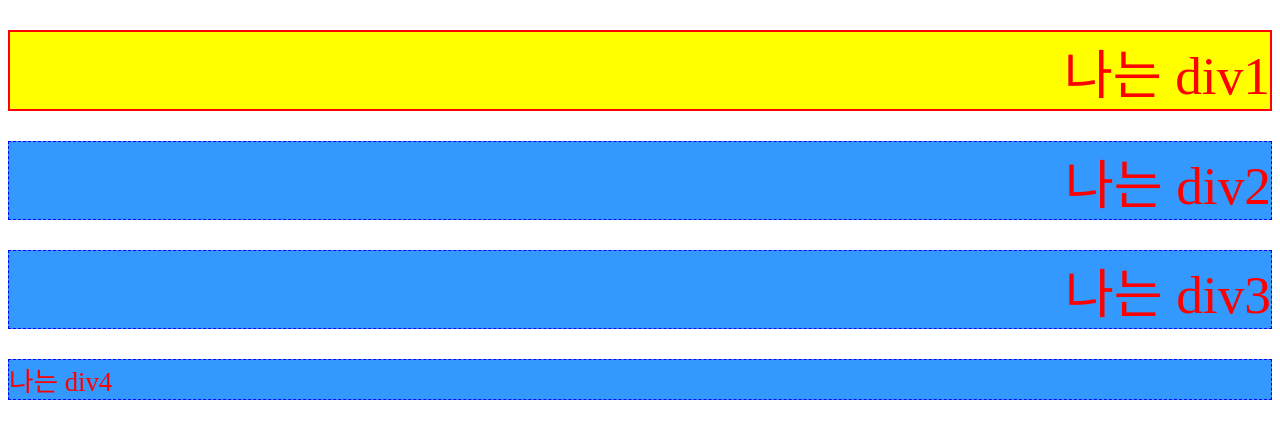
Repository: raccoon304/gugkbi_jsp
Page: HTML5/src/main/webapp/ch01_cssOrder/cssOrder.html
An editor plug-in stored every save of this project. The page is shown before and after the next save, followed by the edit.
The browser window is 1280 px wide. The pictures show the whole page.

Above is the page before, as saved 2025-11-13 08:18:45.

### HTML5/src/main/webapp/ch01_cssOrder/cssOrder.html
<!DOCTYPE html>
<html>
<head>
<meta charset="UTF-8">
<title>CSS(Cascading Style Sheets)의 우선순위에 대해서 알아본다.</title>
<!-- 절대경로 방식(출발점이 dynamic project명 부터 출발함.) -->
<!--link rel="stylesheet" href="/HTML5/ch01_cssOrder/mycss.css"-->
<!-- 상대경로 방식 (출발점이 현재 파일인 cssOrder.html 파일이 저장되어진 경로부터 출발)
./ 가 형재 경로응 뜻하며, 생략 가능함.-->
<link rel="stylesheet" href="./mycss.css">

<style type="text/css">
	/* css주석문 */
	/*
		===== CSS(Cascading Style Sheets)의 우선순위 =====
		해당 태그에 직접준것(인라인방식) > HTML 파일에서 준 style태그(임배디드방식) 외부에있는 .css파일을 load한것(예: <link rel="stylesheet" href="./mycss.css"> )
	*/
	div{
		border: dashed 1px blue; /* 테두리 : 점선 두께 1px 파랑색 */
		background-color: #3399ff; 	/* 배경색 : 하늘색*/
		color: red;					/* 글자색 : 빨간색 */
		font-style: normal;			/* 폰트모양 : 정자 */
		text-align: right;			/* 글자정렬 */
		/*margin: 30px 30px 20px 20px; /* 바깥 여백 : 상 우 하 좌  */
		/*margin: 30px 50px;			/* 바깥 여백 : 상하 우좌  */
		margin: 30px;				/* 바깥 여백 : 상우하좌 전체 */
		margin: 30px 0;				/* 바깥 여백 : 상하 만 마진 */
	}

</style>

</head>
<body>
	<!--  HTML 주석문  -->
	<div style ="border: solid 2px red; background-color: yellow;">나는 div1</div>
	<div>나는 div2</div>
	<div>나는 div3</div>
	<div style="font-size: 20pt; text-align: left;">나는 div4</div>
</body>
</html>

### HTML5/src/main/webapp/ch01_cssOrder/mycss.css
@charset "UTF-8";

div {
	font-size: 40pt; /* 글자크기 40 */
	font-style: italic; /* 글자 모양 : 삐뚤게*/
	text-align: center; /*가운데 정렬*/
}

After the next save:
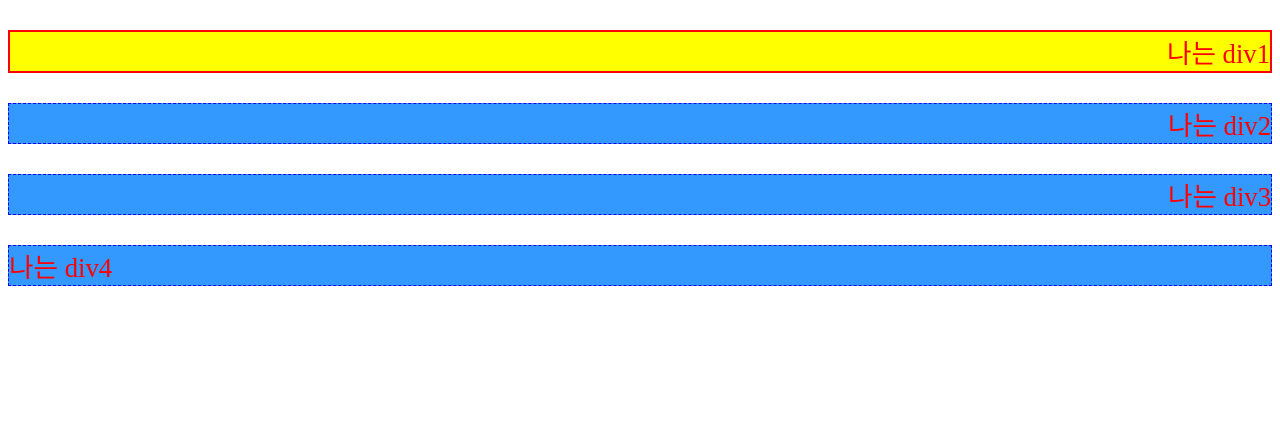
Saved 72 s later.
--- a/HTML5/src/main/webapp/ch01_cssOrder/mycss.css
+++ b/HTML5/src/main/webapp/ch01_cssOrder/mycss.css
@@ -1,7 +1,7 @@
 @charset "UTF-8";
 
 div {
-	font-size: 40pt; /* 글자크기 40 */
+	font-size: 20pt; /* 글자크기 40 */
 	font-style: italic; /* 글자 모양 : 삐뚤게*/
 	text-align: center; /*가운데 정렬*/
 }
